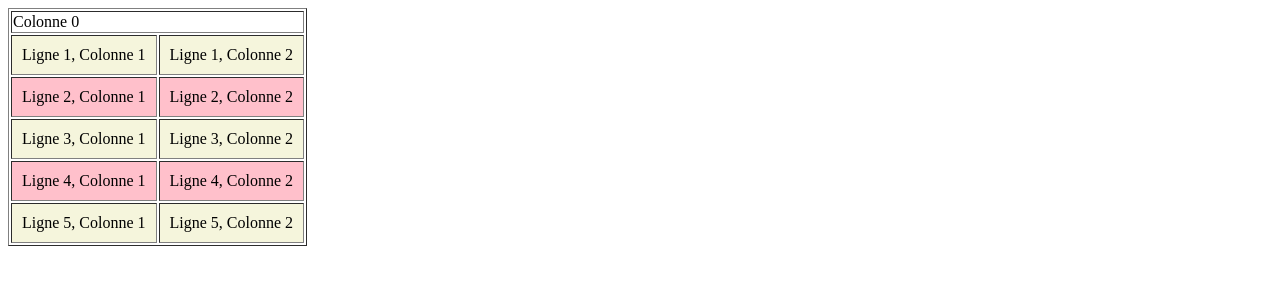
Repository: Chaimaa482/web-tp4
Page: ex1.html
These files come from the project's save history. The page is drawn as it stood at one moment and after a run of saves; the edit follows.
The browser window is 1280 px wide. The pictures show the whole page.

Above is the page before, as saved 2023-10-22 15:53:02.

After the next 3 saves:
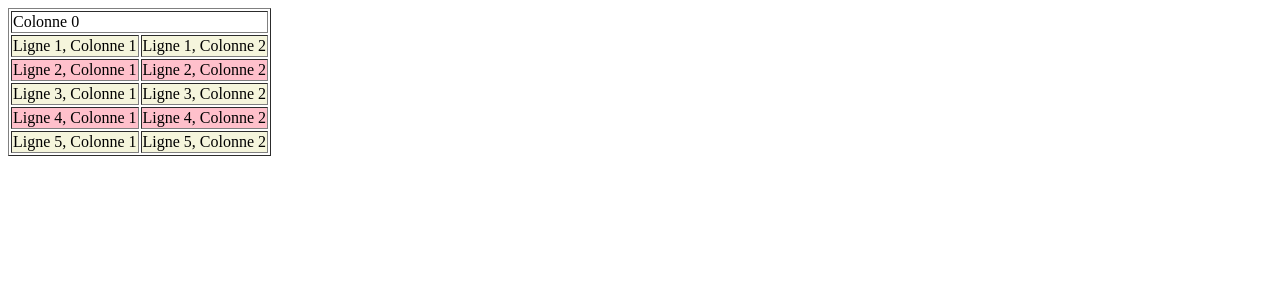
Console error: TypeError: cells[i].style.textEmphasisColor is not a function
The 3 saves are shown as one change because they came seconds apart.
The last was saved 12 s later.
--- a/ex1.html
+++ b/ex1.html
@@ -48,7 +48,7 @@
         var cellsCol2 = table.getElementsByClassName("col2");
         for (var i = 0; i < cells.length; i++) {
             if (i % 2 === 0) {
-                cells[i].style.textEmphasisColor
+                cells[i].style.textEmphasisColor('red');
             } else {
                 cells[i].className = "col2";
             }

After the save that followed:
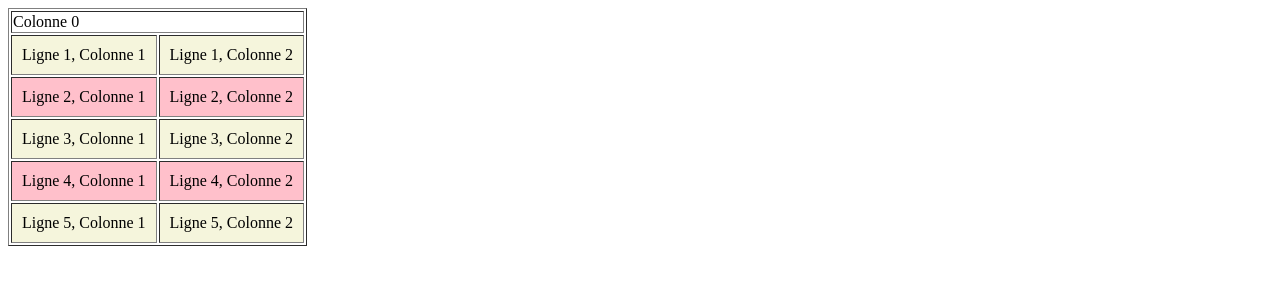
The error is gone.
Saved 15 s later.
--- a/ex1.html
+++ b/ex1.html
@@ -48,7 +48,7 @@
         var cellsCol2 = table.getElementsByClassName("col2");
         for (var i = 0; i < cells.length; i++) {
             if (i % 2 === 0) {
-                cells[i].style.textEmphasisColor('red');
+                cells[i].className = "col1"
             } else {
                 cells[i].className = "col2";
             }
